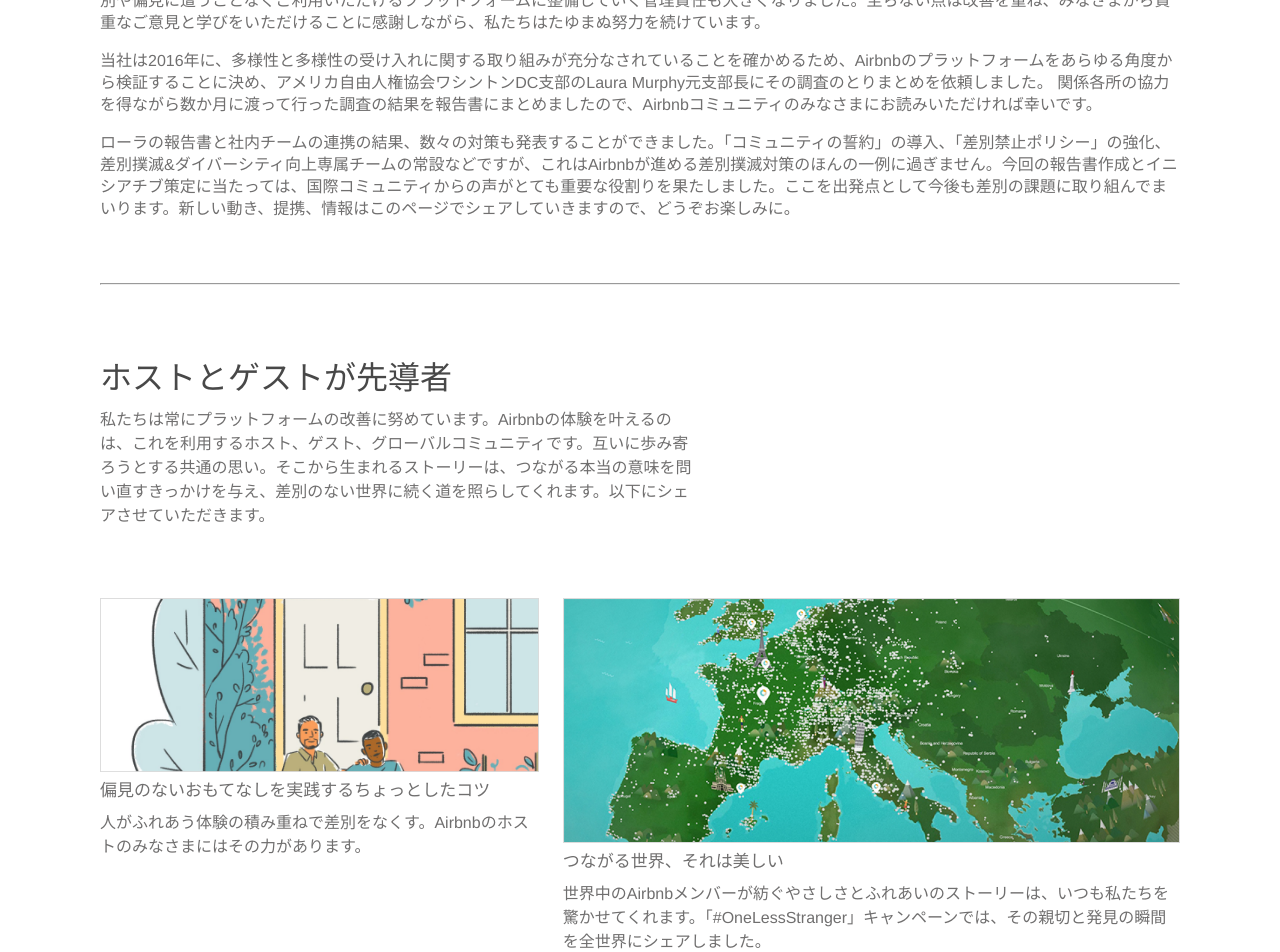
Repository: Ryoma-tech/20200622_htmlcss01
Page: index.html
The author's editor kept a copy of each file at every save. The page is drawn from the files as they stood at one save, then again after the next save.
The browser window is 1280 px wide. The pictures show the part of the page from y = 1120 to 2072 px (the page is 2072 px tall before and 2037 px after).

Above is the page before, as saved 2020-06-24 09:33:13.

After the next save:
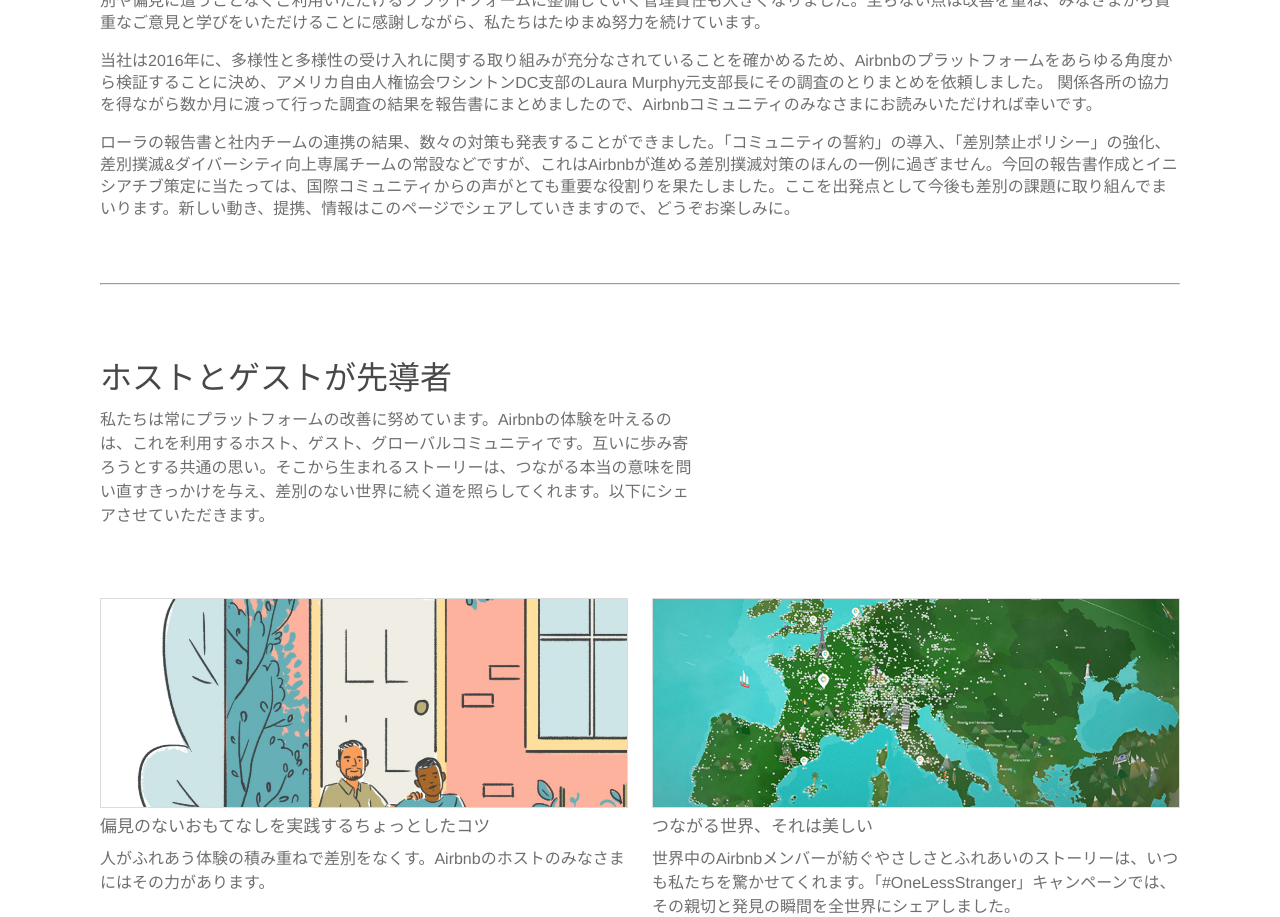
Saved 105 s later.
--- a/style.css
+++ b/style.css
@@ -286,6 +286,9 @@
 
 .item1 {
     margin-right: 24px;
-}
-
-.item2 {}
+    flex: 1;
+}
+
+.item2 {
+    flex: 1;
+}
